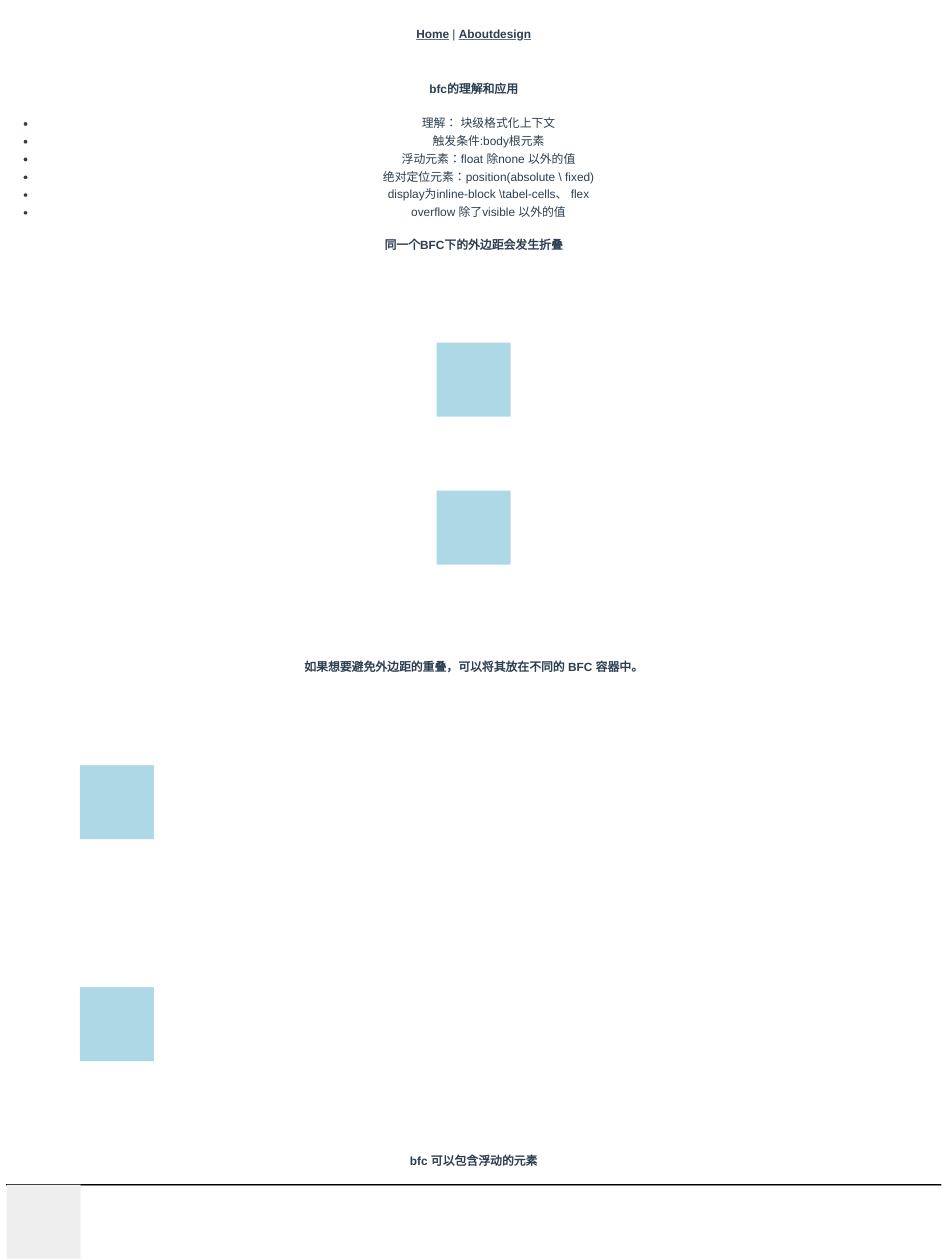
Repository: 1025215705/design
Page: /layout/3 (app in vue-ts/)
The author's editor kept a copy of each file at every save. The page is drawn from the files as they stood at one save, then again after the next save.
The browser window is 1280 px wide. The pictures show the whole page, at 74% of full size.
The project was rebuilt for these pictures with package versions that can differ from the ones it lists, and the page was loaded fresh each time. Also part of the build but not shown: vue-ts/src/components/HelloWorld.vue, vue-ts/src/views/Home.vue, vue-ts/src/practice/design/adaptee.ts, vue-ts/src/practice/design/decorator.ts, vue-ts/src/practice/design/observer.ts, vue-ts/src/practice/design/proxy.ts, vue-ts/src/practice/design/singletonLogin.ts, vue-ts/src/practice/design/userFactory.ts and 5 more.

Above is the page before, as saved 2020-12-11 15:14:27.

### vue-ts/src/main.ts
import Vue from 'vue'
import App from './App.vue'
import router from './router'
import store from './store'
import ElementUI from 'element-ui'
import 'element-ui/lib/theme-chalk/index.css'
Vue.config.productionTip = false
Vue.use(ElementUI);
new Vue({
  router,
  store,
  render: h => h(App)
}).$mount('#app')

### vue-ts/src/App.vue
<template>
  <div id="app">
    <div id="nav">
      <router-link to="/">Home</router-link> |
      <router-link to="/about">About</router-link>
      <router-link to="/design">design</router-link>
    </div>
    <router-view/>
  </div>
</template>

<style lang="scss">
#app {
  font-family: Avenir, Helvetica, Arial, sans-serif;
  -webkit-font-smoothing: antialiased;
  -moz-osx-font-smoothing: grayscale;
  text-align: center;
  color: #2c3e50;
}

#nav {
  padding: 30px;

  a {
    font-weight: bold;
    color: #2c3e50;

    &.router-link-exact-active {
      color: #42b983;
    }
  }
}
</style>

### vue-ts/src/router/index.ts
import Vue from 'vue'
import VueRouter, { RouteConfig } from 'vue-router'
import Home from '../views/Home.vue'
import design from "../practice/design/index.vue"
import class2To10 from "../practice/class/class2To10.vue"
import  class11To20 from "../practice/class/class11To20.vue"
import box from "../practice/layout/box.vue";
import magrin from "../practice/layout/magrin.vue";
import bfc from "../practice/layout/bfc.vue"
Vue.use(VueRouter)

const routes: Array<RouteConfig> = [
  {
    path: '/',
    name: 'Home',
    component: Home
  },
  {
    path: '/about',
    name: 'About',
    // route level code-splitting
    // this generates a separate chunk (about.[hash].js) for this route
    // which is lazy-loaded when the route is visited.
    component: () => import(/* webpackChunkName: "about" */ '../views/About.vue')
  },
  {
    path: '/design',
    name: 'design',
    // route level code-splitting
    // this generates a separate chunk (about.[hash].js) for this route
    // which is lazy-loaded when the route is visited.
    component: design
  },
  {
    path: '/class/2',
    name: 'class2To10',
    // route level code-splitting
    // this generates a separate chunk (about.[hash].js) for this route
    // which is lazy-loaded when the route is visited.
    component: class2To10
  },
  {
    path: '/class/3',
    name: 'class11To20',
    // route level code-splitting
    // this generates a separate chunk (about.[hash].js) for this route
    // which is lazy-loaded when the route is visited.
    component: class11To20
  },
  {
      path:"/layout/1",
      name:"1",
      component: box
  },
  {
    path:"/layout/2",
    name:"2",
    component: magrin
},
{
    path:"/layout/3",
    name:"3",
    component: bfc
}
]

const router = new VueRouter({
  mode: 'history',
  base: process.env.BASE_URL,
  routes
})

export default router

### vue-ts/src/practice/layout/bfc.vue
<template>
	<div>
		<h4>bfc的理解和应用</h4>
		<ul>
			<li>理解： 块级格式化上下文</li>
			<li>触发条件:body根元素</li>
			<li>浮动元素：float 除none 以外的值</li>
			<li>绝对定位元素：position(absolute \ fixed)</li>
			<li>display为inline-block \tabel-cells、 flex</li>
			<li>overflow 除了visible 以外的值</li>
		</ul>
		<h4>同一个BFC下的外边距会发生折叠</h4>
		<div style="display:inline-block">
			<div class="bfc"></div>
			<div class="bfc"></div>
		</div>
		<h4>如果想要避免外边距的重叠，可以将其放在不同的 BFC 容器中。</h4>
		<div class="container">
			<p class="p1"></p>
		</div>
		<div class="container">
			<p class="p1"></p>
		</div>
		<h4>bfc 可以包含浮动的元素</h4>
		<div style="border: 1px solid #000;">
			<div
				style="width: 100px;height: 100px;background: #eee;float: left;"
			></div>
		</div>
	</div>
</template>
<script>
export default {}
</script>
<style scoped>
.bfc {
	width: 100px;
	height: 100px;
	background: lightblue;
	margin: 100px;
}
.container {
	overflow: hidden;
}
p {
	width: 100px;
	height: 100px;
	background: lightblue;
	margin: 100px;
}
</style>

Loaded but not shown: vue-ts/public/index.html (common file); vue-ts/src/store/index.ts (common file)

After the next save:
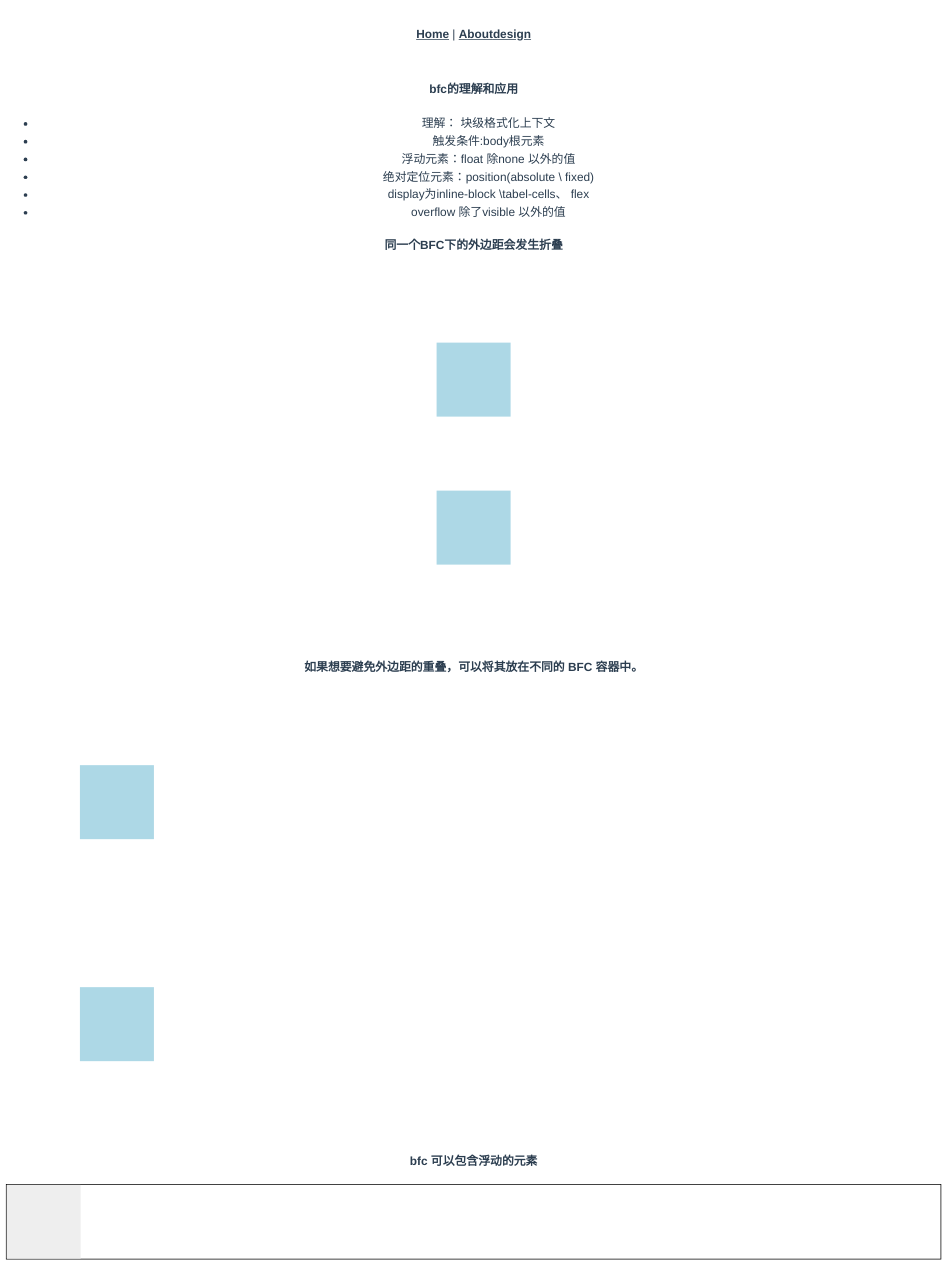
Saved 38 s later.
--- a/vue-ts/src/practice/layout/bfc.vue
+++ b/vue-ts/src/practice/layout/bfc.vue
@@ -22,7 +22,7 @@
 			<p class="p1"></p>
 		</div>
 		<h4>bfc 可以包含浮动的元素</h4>
-		<div style="border: 1px solid #000;">
+		<div style="border: 1px solid #000; overflow: hidden">
 			<div
 				style="width: 100px;height: 100px;background: #eee;float: left;"
 			></div>
